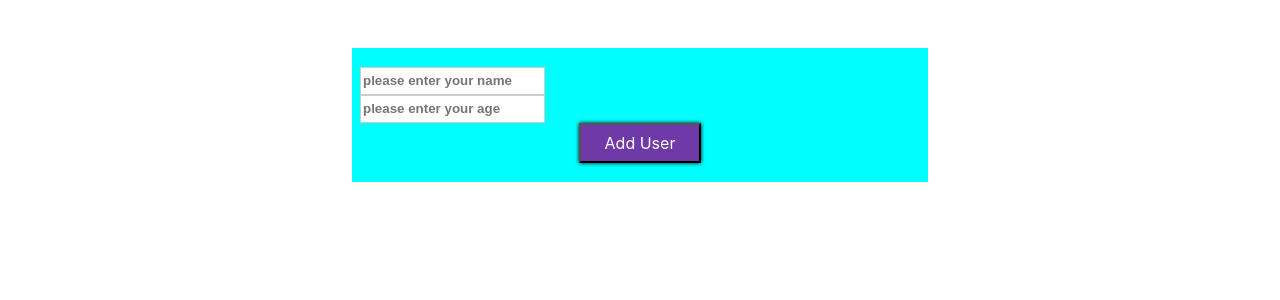
Repository: NamalPathirana/section-eight
Page: /
The author's editor kept a copy of each file at every save. The page is drawn from the files as they stood at one save, then again after the next save.
The browser window is 1280 px wide. The pictures show the whole page.
The project was rebuilt for these pictures with package versions that can differ from the ones it lists, and the page was loaded fresh each time.

Above is the page before, as saved 2021-11-26 02:44:39.

### src/index.css
body {
  margin: 0;
  padding: 0%;
  height: 100%;
  width: 100%;
  font-family: -apple-system, BlinkMacSystemFont, 'Segoe UI', 'Roboto', 'Oxygen',
    'Ubuntu', 'Cantarell', 'Fira Sans', 'Droid Sans', 'Helvetica Neue',
    sans-serif;
  -webkit-font-smoothing: antialiased;
  -moz-osx-font-smoothing: grayscale;
}

code {
  font-family: source-code-pro, Menlo, Monaco, Consolas, 'Courier New',
    monospace;
}

### src/App.js
import logo from './logo.svg';
import './App.css';
import UserInput from './Components/UserInput/UserInput';

function App() {
  return (
    <div className="App">
      <section>
      <UserInput></UserInput>
      </section>

    </div>
  );
}

export default App;

### src/Components/UserInput/UserInput.js
import Button from '../../UI/Button/Button';
import styles from './UserInput.module.css'

const UserInput = () => {
    return (
        <form>
        <div className={styles.frame}>
            <input placeholder='please enter your name'/>
            <input placeholder='please enter your age'/>
            <Button name='Add User'></Button>
        </div>
        </form>
    );
};

export default UserInput;

### src/UI/Button/Button.js
import styles from "./Button.module.css";

const Button = (props) => {
  return <button className={styles.button}>{props.name}</button>;
};

export default Button;

### src/Components/UserInput/UserInput.module.css
.frame{
    margin: 0.5rem 0.5rem;
    padding: 1.2rem 0.5rem;
    width: 35rem;
    max-width: 90%;
    margin: 3rem auto;
    background-color: aqua;
}

.frame input{
    display: block;
    font-weight: bold;
    border: 1px solid #ccc;
    line-height: 1.5rem;
    padding: 100 0.25rm;
}

### src/UI/Button/Button.module.css
.button{
    font: inherit;
    padding: 0.5rem 1.5rem;
    background-color: rgb(112, 57, 168);
    color:white;
    box-shadow: 0 0 4px black;
    cursor: pointer;
    width: auto;
}

.button:focus{
    outline: none;
}

.button:hover,.button:active{
    background-color: rgb(185, 140, 231);
    border-color: rgb(185, 140, 231);
    box-shadow: 0 0 8px black;
}

Loaded but not shown: public/index.html (common file); src/index.js (common file); src/reportWebVitals.js (common file); src/App.css (common file)

After the next save:
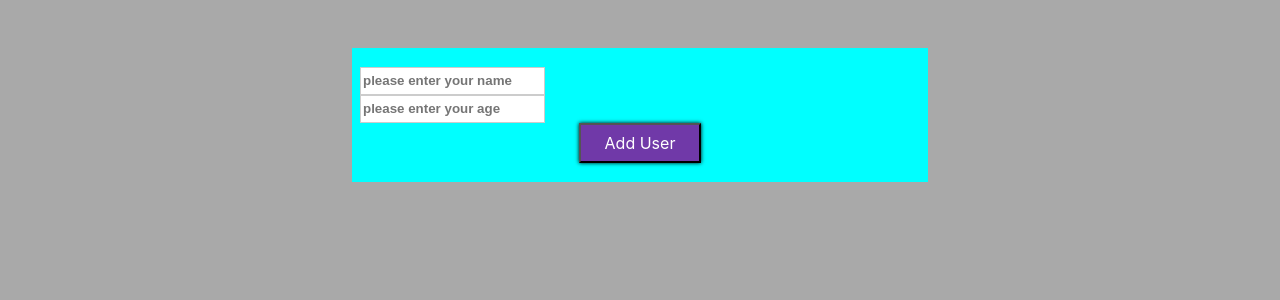
Saved 35 s later.
--- a/src/index.css
+++ b/src/index.css
@@ -3,6 +3,9 @@ body {
   padding: 0%;
   height: 100%;
   width: 100%;
+  display: flex;
+  flex-direction: column;
+  background-color: darkgrey;
   font-family: -apple-system, BlinkMacSystemFont, 'Segoe UI', 'Roboto', 'Oxygen',
     'Ubuntu', 'Cantarell', 'Fira Sans', 'Droid Sans', 'Helvetica Neue',
     sans-serif;
